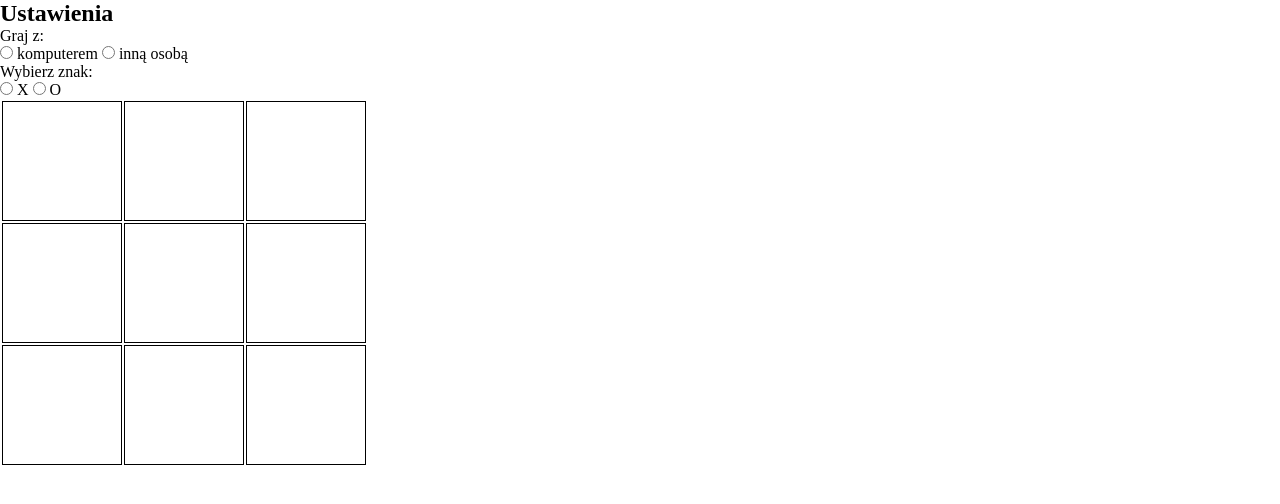
Repository: SebastianArmata22/Tic-Tac-Toe
Page: index.html
An editor plug-in stored every save of this project. The page is shown before and after the next save, followed by the edit.
The browser window is 1280 px wide. The pictures show the whole page.

Above is the page before, as saved 2020-11-03 14:13:54.

After the next save:
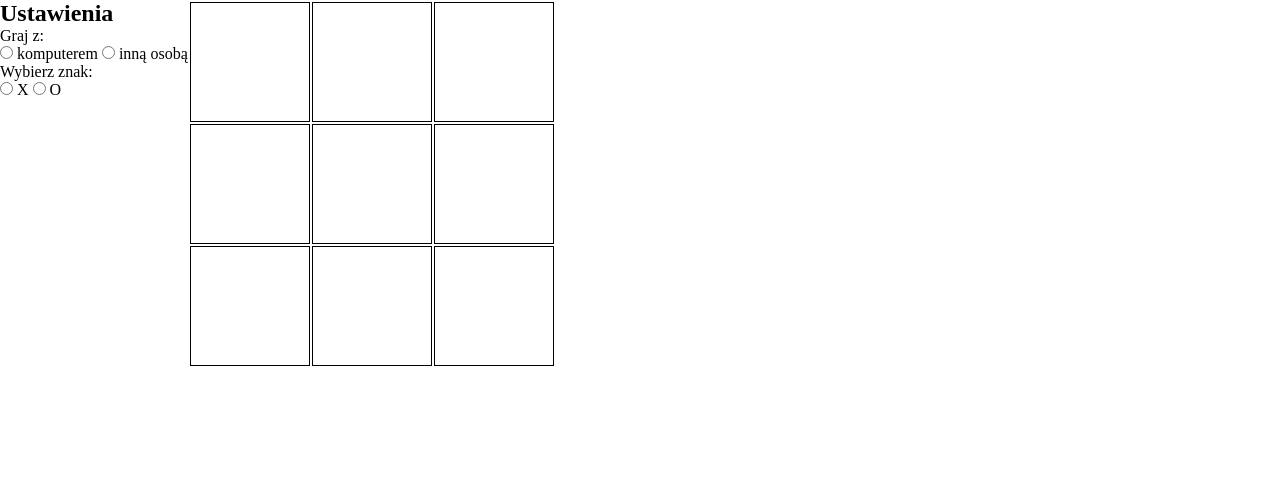
Saved 24 s later.
--- a/style.css
+++ b/style.css
@@ -2,6 +2,9 @@
     margin: 0;
     padding: 0;
     box-sizing: border-box;
+}
+.main-content{
+    display: flex;
 }
 th{
 border: 1px solid black;
